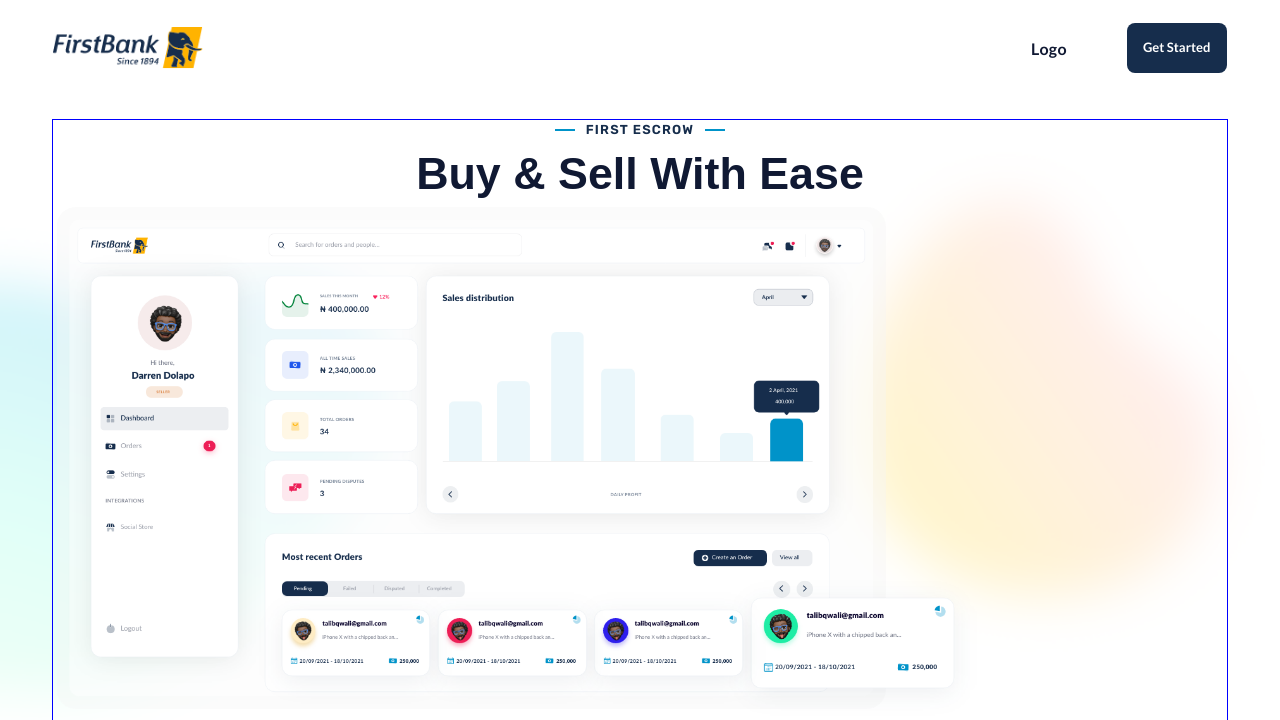
Repository: Pepperest-dev/First_Escrow_Home
Page: index.html
An editor plug-in stored every save of this project. The page is shown before and after the next save, followed by the edit.
The browser window is 1280 px wide. The pictures show the whole page.

Above is the page before, as saved 2021-09-25 21:05:53.

After the next save:
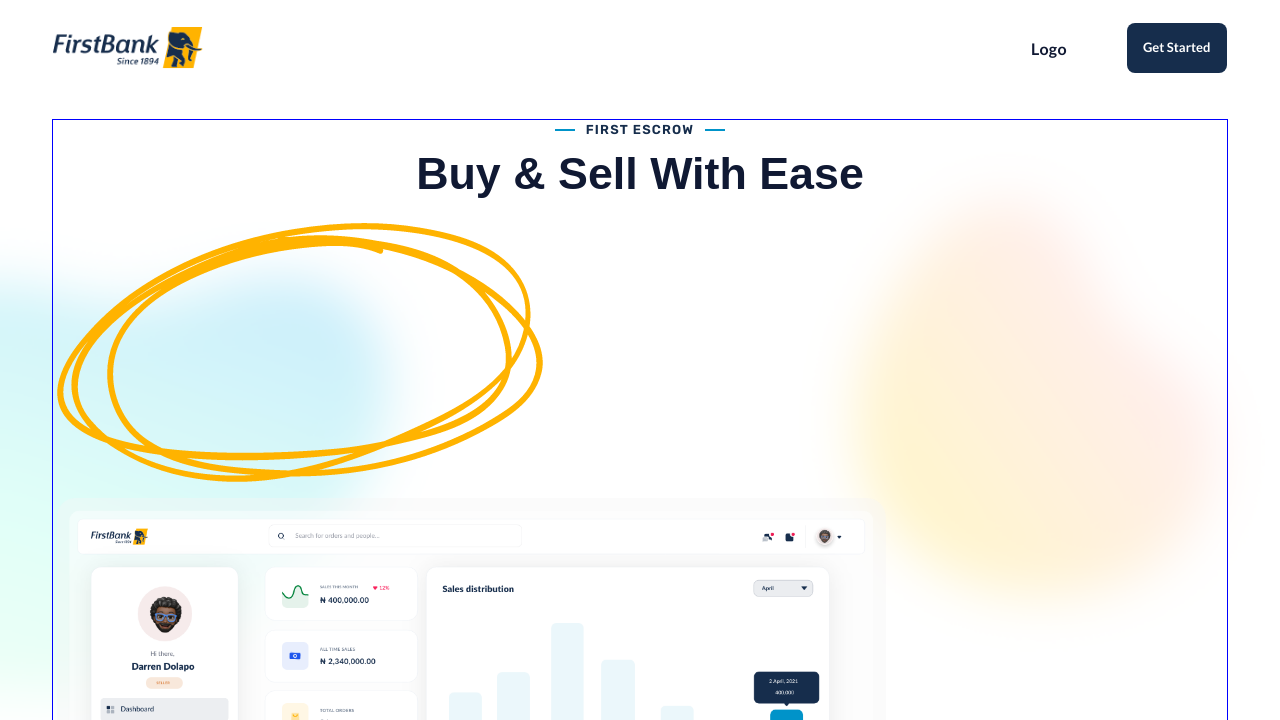
Saved 2 min 40 s later.
--- a/index.html
+++ b/index.html
@@ -84,7 +84,14 @@
             >
               First Escrow
             </p>
-            <h1 class="mainTitle">Buy & Sell With <span class="easeElipses">Ease</span></h1>
+            <h1 class="mainTitle">
+              Buy & Sell With <span class="easeElipses">Ease</span>
+              <img
+                src="/assets/icons/bigEaseElipses.png"
+                alt="elipses"
+                srcset=""
+              />
+            </h1>
           </article>
           <img
             src="/assets/imgs/dashboardMockup.png"
